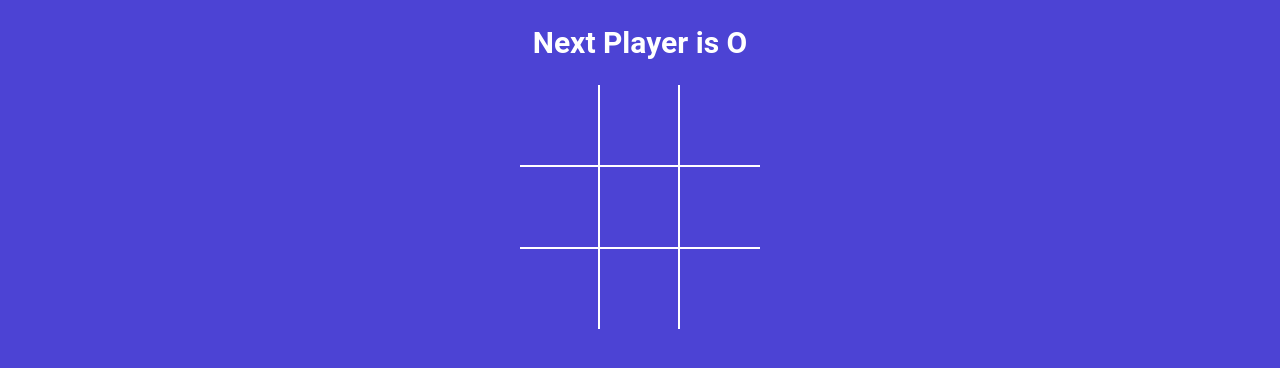
Repository: NoobAjay/tictactoe-game
Page: /
An editor plug-in stored every save of this project. The page is shown before and after a run of saves, followed by the edit.
The browser window is 1280 px wide. The pictures show the whole page.
The project was rebuilt for these pictures with package versions that can differ from the ones it lists, and the page was loaded fresh each time. Also part of the build but not shown: vite.config.js.

Above is the page before, as saved 2023-03-22 11:41:37.

### src/App.jsx
import './styles.scss';
import { useState } from 'react';
import Board from './components/Board';
import { calculateWinner } from './winner';

function App() {
  const [squares, setSquares] = useState(Array(9).fill(null));
  const [isXNext, setIsXNext] = useState(false);

  const winner = calculateWinner(squares);
  const nextPlayer = isXNext ? 'X' : 'O';

  console.log(winner);

  const handleSquareClick = clickedPosition => {
    if (squares[clickedPosition]) {
      return;
    }
    setSquares(currentSquares => {
      return currentSquares.map((squareValue, position) => {
        if (clickedPosition === position) {
          return isXNext ? 'X' : '0';
        }
        return squareValue;
      });
    });

    setIsXNext(currentIsXNext => !currentIsXNext);
  };

  return (
    <div className="app">
      <h2>Next Player is {nextPlayer}</h2>
      <Board squares={squares} handleSquareClick={handleSquareClick} />
    </div>
  );
}

export default App;

### src/components/Board.jsx
import React from 'react';
import Square from './Square';

const Board = ({ squares, handleSquareClick }) => {
  const renderSquare = position => {
    return (
      <Square
        value={squares[position]}
        onClick={() => handleSquareClick(position)}
      />
    );
  };
  return (
    <div className="board">
      <div className="board-row">
        {renderSquare(0)}
        {renderSquare(1)}
        {renderSquare(2)}
      </div>
      <div className="board-row">
        {renderSquare(3)}
        {renderSquare(4)}
        {renderSquare(5)}
      </div>
      <div className="board-row">
        {renderSquare(6)}
        {renderSquare(7)}
        {renderSquare(8)}
      </div>
    </div>
  );
};

export default Board;

Loaded but not shown: index.html (common file); src/main.jsx (common file); src/styles.scss (common file); src/winner.js (common file); src/components/Square.jsx (common file)

After the next 2 saves:
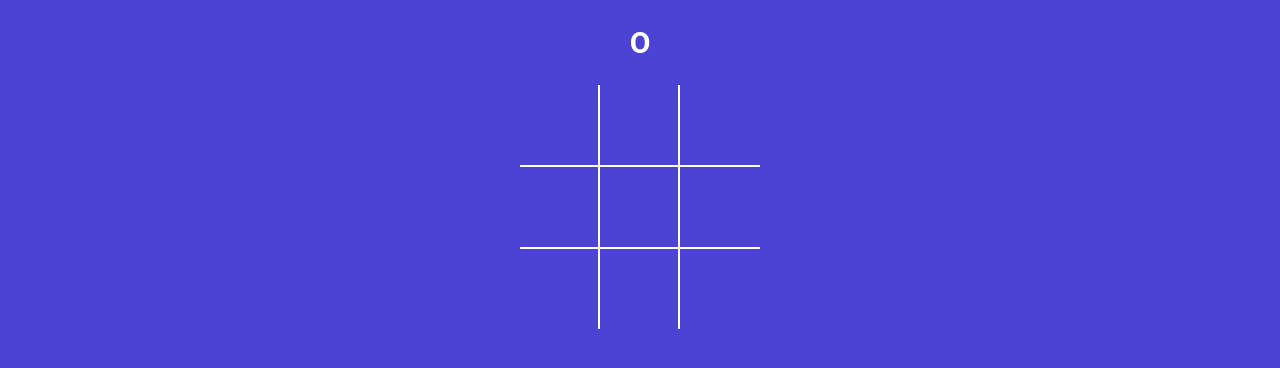
The 2 saves are shown as one change because 1 did not build or start.
The last was saved 3 min 27 s later.
--- a/src/App.jsx
+++ b/src/App.jsx
@@ -9,6 +9,7 @@ function App() {
 
   const winner = calculateWinner(squares);
   const nextPlayer = isXNext ? 'X' : 'O';
+  const statusMessage = winner ? `Winner is ${winner}` : nextPlayer;
 
   console.log(winner);
 
@@ -30,7 +31,7 @@ function App() {
 
   return (
     <div className="app">
-      <h2>Next Player is {nextPlayer}</h2>
+      <h2>{statusMessage}</h2>
       <Board squares={squares} handleSquareClick={handleSquareClick} />
     </div>
   );
